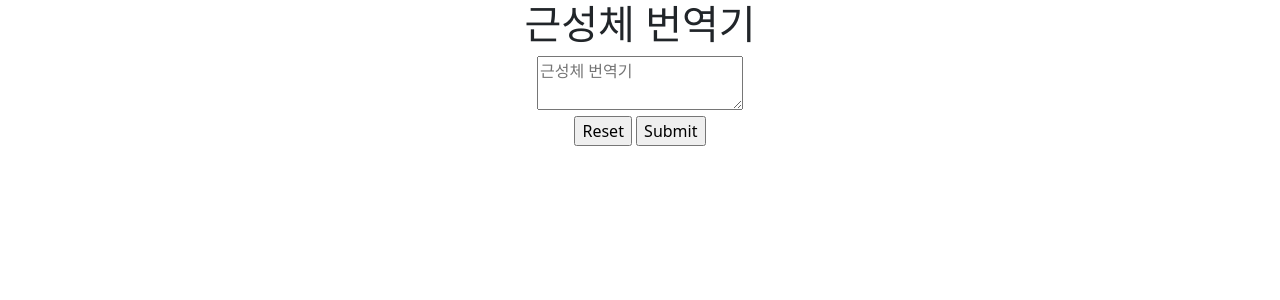
Repository: mickey530/jsp_practice
Page: http://localhost/JSPBasic/sungmo_send.jsp
An editor plug-in stored every save of this project. The page is shown before and after the next save, followed by the edit.
The browser window is 1280 px wide. The pictures show the whole page.
The page is served by Tomcat 9.

Above is the page before, as saved 2022-02-03 11:44:18.

### JSPBasic/src/main/webapp/sungmo_send.jsp
<%@ page language="java" contentType="text/html; charset=UTF-8"
    pageEncoding="UTF-8"%>
<!DOCTYPE html>
<html>
<head>
<meta charset="UTF-8">
<!-- 부트스트랩 링크 -->
<link href="https://cdn.jsdelivr.net/npm/bootstrap@5.1.3/dist/css/bootstrap.min.css" rel="stylesheet" integrity="sha384-1BmE4kWBq78iYhFldvKuhfTAU6auU8tT94WrHftjDbrCEXSU1oBoqyl2QvZ6jIW3" crossorigin="anonymous">
<title>근성체 번역기</title>
</head>
<body>
<header>

	<h1 style="text-align:center">근성체 번역기</h1>

</header>

<div class="container">
	<div class="row">

	<form action="sungmo_getpost.jsp" method="get" style="text-align:center">
		<textarea name="text" placeholder="근성체 번역기"></textarea><br/>
		<input type="reset" />
		<input type="submit" />
	</form>

	</div>



</div>

</body>
</html>

After the next save:
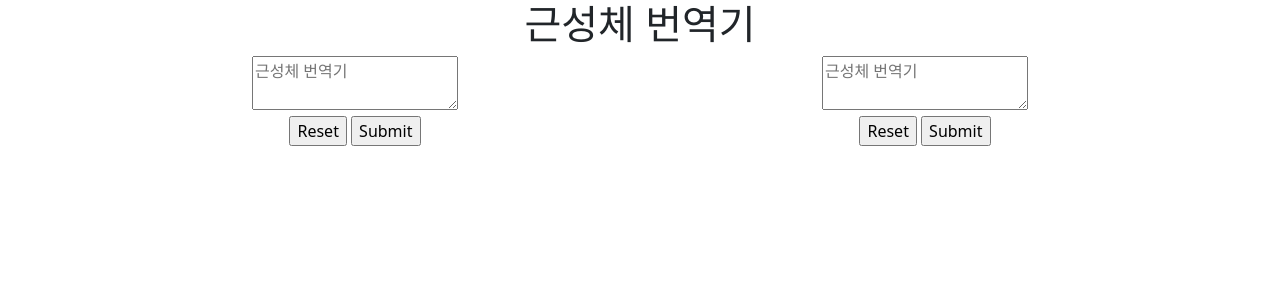
Saved 93 s later.
--- a/JSPBasic/src/main/webapp/sungmo_send.jsp
+++ b/JSPBasic/src/main/webapp/sungmo_send.jsp
@@ -16,13 +16,24 @@
 </header>
 
 <div class="container">
+
 	<div class="row">
 
-	<form action="sungmo_getpost.jsp" method="get" style="text-align:center">
-		<textarea name="text" placeholder="근성체 번역기"></textarea><br/>
-		<input type="reset" />
-		<input type="submit" />
-	</form>
+		<div class="col">
+			<form action="sungmo_getpost.jsp" method="get" style="text-align:center">
+				<textarea name="text" placeholder="근성체 번역기"></textarea><br/>
+				<input type="reset" />
+				<input type="submit" />
+			</form>
+		</div>
+
+		<div class="col">
+			<form action="sungmo_getpost.jsp" method="get" style="text-align:center">
+				<textarea name="text" placeholder="근성체 번역기"></textarea><br/>
+				<input type="reset" />
+				<input type="submit" />
+			</form>
+		</div>
 
 	</div>
 
